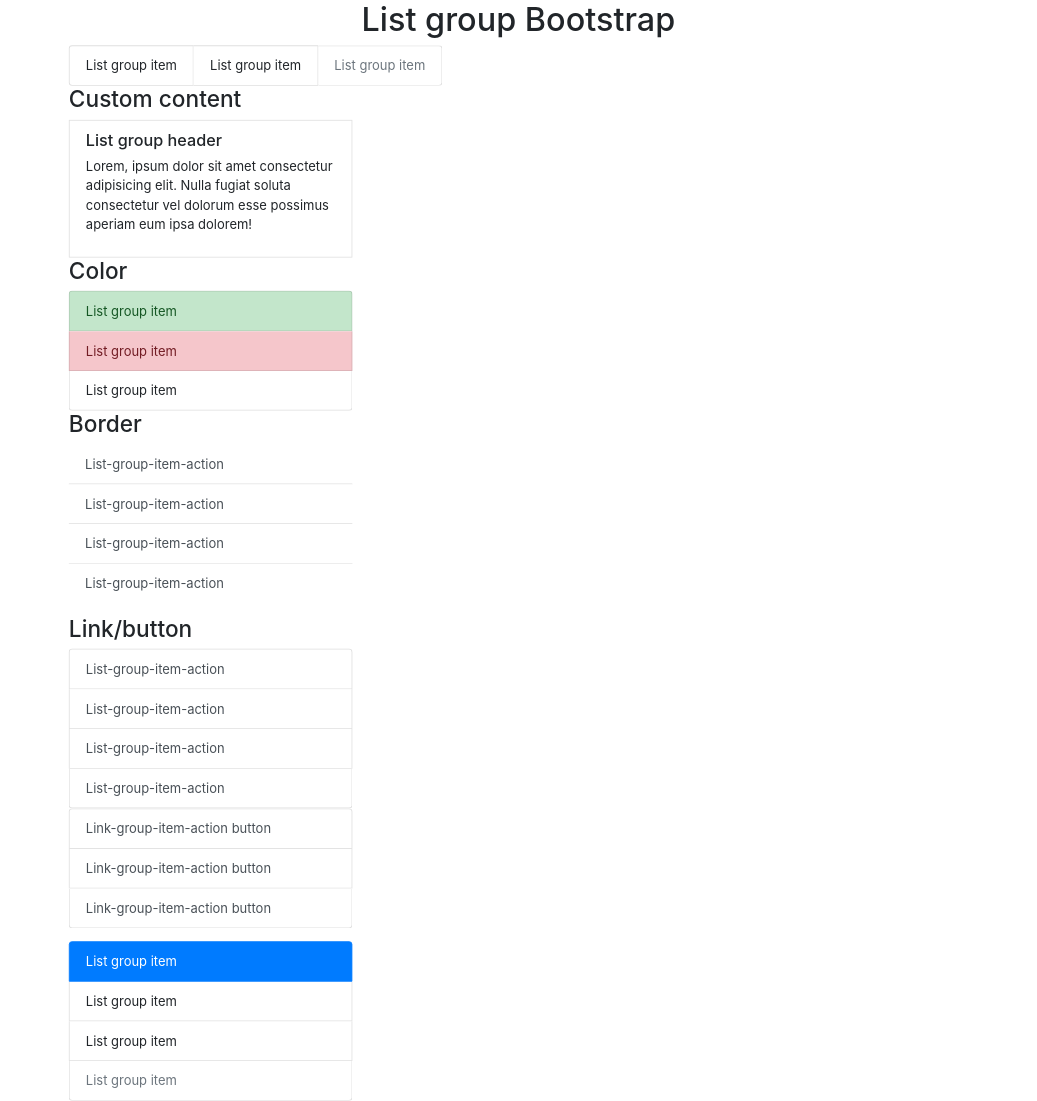
Repository: anhtu2110/front_end
Page: lesson/bootstrap/advance/5.20.list_group.html
An editor plug-in stored every save of this project. The page is shown before and after the next save, followed by the edit.
The browser window is 1280 px wide. The pictures show the whole page, at 81% of full size.

Above is the page before, as saved 2022-12-18 17:58:20.

### lesson/bootstrap/advance/5.20.list_group.html
<!DOCTYPE html>
<html lang="en">

<head>
    <meta charset="UTF-8" />
    <meta http-equiv="X-UA-Compatible" content="IE=edge" />
    <meta name="viewport" content="width=device-width, initial-scale=1.0" />
    <link rel="stylesheet" href="./bootstrap/css/bootstrap.min.css" />
    <title>Document</title>
</head>

<body>
    <div class="container">
        <div class="row">
            <div class="col-md-12">
                <h1 class="text-center">List group Bootstrap</h1>
                <ul class="list-group list-group-horizontal-sm">
                    <li class="list-group-item">List group item</li>
                    <li class="list-group-item">List group item</li>
                    <li class="list-group-item disabled">List group item</li>
                </ul>
                <div class="row">
                    <div class="col-md-4">
                        <h3>Custom content</h3>
                        <div class="list-group-item">
                            <h5>List group header</h5>
                            <p>Lorem, ipsum dolor sit amet consectetur adipisicing elit. Nulla fugiat soluta consectetur
                                vel dolorum esse possimus aperiam eum ipsa dolorem!</p>
                        </div>
                        <h3>Color</h3>
                        <!-- Màu sắc  -->
                        <ul class="list-group">
                            <li class="list-group-item list-group-item-success">List group item</li>
                            <li class="list-group-item list-group-item-danger">List group item</li>
                            <li class="list-group-item">List group item</li>
                        </ul>
                        <h3>Border</h3>
                        <div class="list-group mb-3 list-group-flush">
                            <a href="" class="list-group-item list-group-item-action">List-group-item-action</a>
                            <a href="" class="list-group-item list-group-item-action">List-group-item-action</a>
                            <a href="" class="list-group-item list-group-item-action">List-group-item-action</a>
                            <a href="" class="list-group-item list-group-item-action">List-group-item-action</a>
                        </div>
                        <h3>Link/button</h3>
                        <div class="list-group">
                            <a href="" class="list-group-item list-group-item-action">List-group-item-action</a>
                            <a href="" class="list-group-item list-group-item-action">List-group-item-action</a>
                            <a href="" class="list-group-item list-group-item-action">List-group-item-action</a>
                            <a href="" class="list-group-item list-group-item-action">List-group-item-action</a>
                        </div>
                        <div class="list-group mb-3">
                            <button class="list-group-item list-group-item-action">Link-group-item-action
                                button</button>
                            <button class="list-group-item list-group-item-action">Link-group-item-action
                                button</button>
                            <button class="list-group-item list-group-item-action">Link-group-item-action
                                button</button>
                        </div>
                        <ul class="list-group">
                            <li class="list-group-item active">List group item</li>
                            <li class="list-group-item">List group item</li>
                            <li class="list-group-item">List group item</li>
                            <li class="list-group-item disabled">List group item</li>
                        </ul>
                    </div>
                </div>
            </div>
        </div>
    </div>
    <script src="js/jquery-3.6.1.min.js"></script>
    <script src="js/popper.min.js"></script>
    <script src="./bootstrap/js/bootstrap.min.js"></script>
</body>

</html>

Loaded but not shown: lesson/bootstrap/advance/bootstrap/css/bootstrap.min.css (library); lesson/bootstrap/advance/js/jquery-3.6.1.min.js (library); lesson/bootstrap/advance/js/popper.min.js (library); lesson/bootstrap/advance/bootstrap/js/bootstrap.min.js (library)

After the next save:
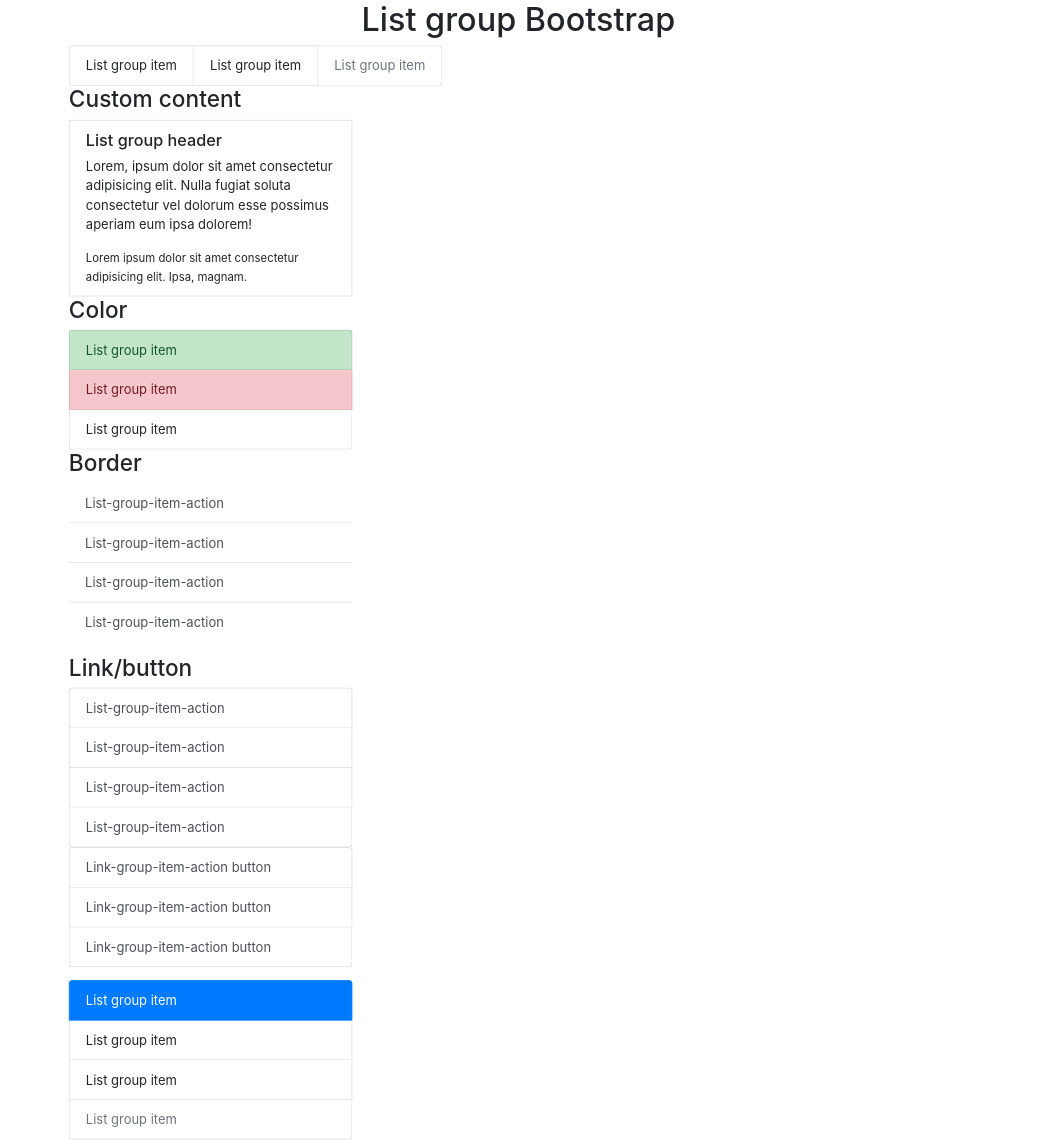
Saved 18 s later.
--- a/lesson/bootstrap/advance/5.20.list_group.html
+++ b/lesson/bootstrap/advance/5.20.list_group.html
@@ -26,6 +26,7 @@
                             <h5>List group header</h5>
                             <p>Lorem, ipsum dolor sit amet consectetur adipisicing elit. Nulla fugiat soluta consectetur
                                 vel dolorum esse possimus aperiam eum ipsa dolorem!</p>
+                            <small>Lorem ipsum dolor sit amet consectetur adipisicing elit. Ipsa, magnam.</small>
                         </div>
                         <h3>Color</h3>
                         <!-- Màu sắc  -->
